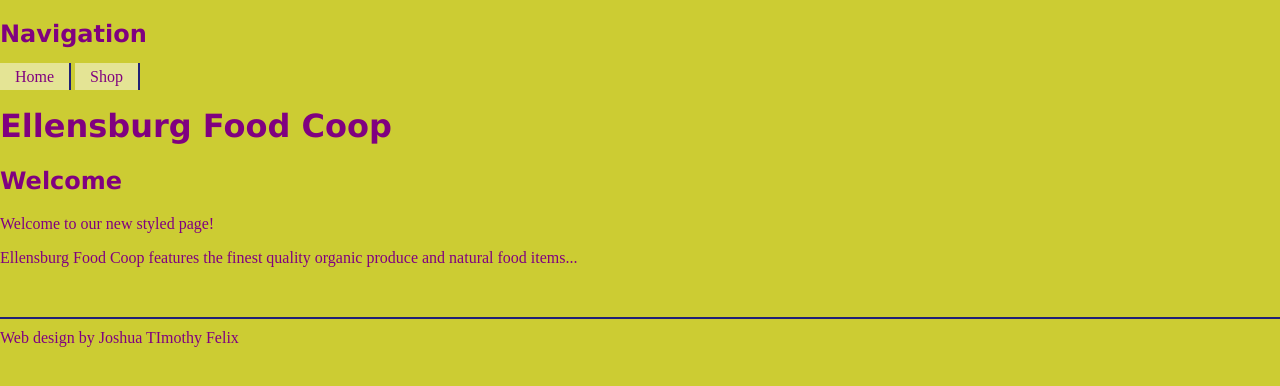
Repository: JoshuaTimothyFelix/fullstack-practice-projects
Page: CSS-practice/first-practice-project/home.html
An editor plug-in stored every save of this project. The page is shown before and after the next save, followed by the edit.
The browser window is 1280 px wide. The pictures show the whole page.

Above is the page before, as saved 2024-07-31 14:36:37.

After the next save:
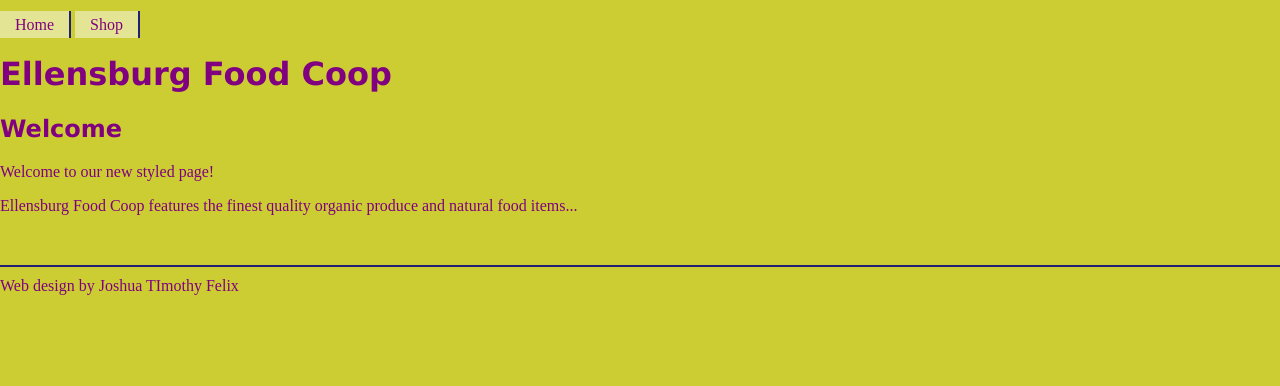
Saved 5 days later.
--- a/CSS-practice/first-practice-project/home.html
+++ b/CSS-practice/first-practice-project/home.html
@@ -8,7 +8,6 @@
 </head>
 <body>
     <div class="navbar">
-        <h2 id="navbar">Navigation</h2>
         <ul>
             <li><a href="Home.html">Home</a></li>
             <li><a href="ShopOnline.html">Shop</a></li>
